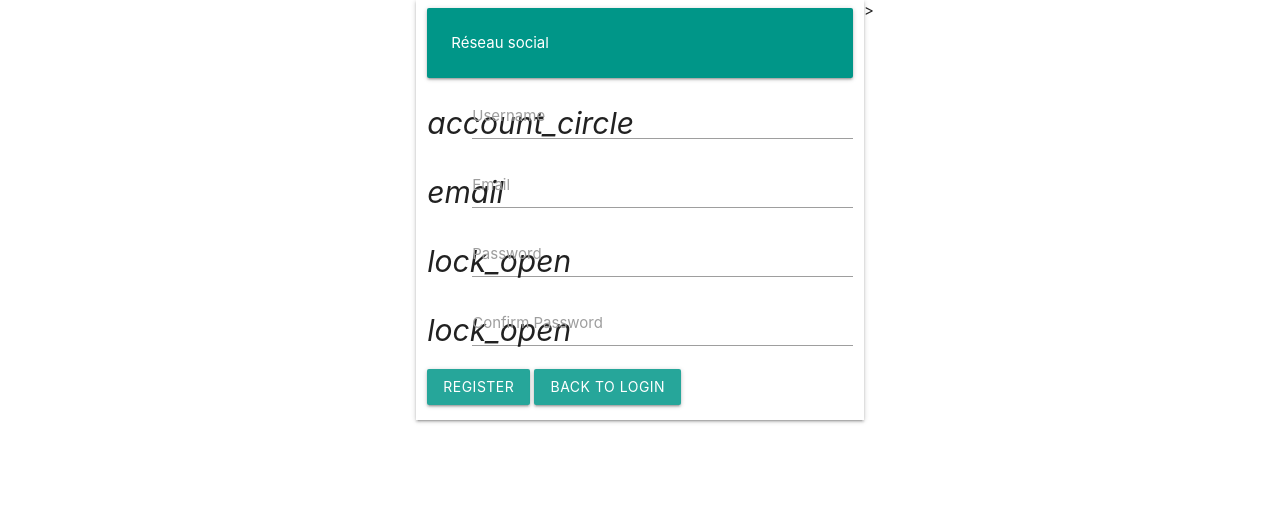
Repository: thdal/Atelier_JEE_16_02
Page: http://localhost/Atelier_JEE_16_02/WEB-INF/pages/connexion/FormRegister.jsp
These files come from the project's save history. The page is drawn as it stood at one moment and after the next save; the edit follows.
The browser window is 1280 px wide. The pictures show the whole page.
The page is served by Tomcat 9. Nobody is signed in. The template is opened directly, without the code that normally fills it, so the values that code supplies are empty.

Above is the page before, as saved 2021-02-22 07:22:38.

After the next save:
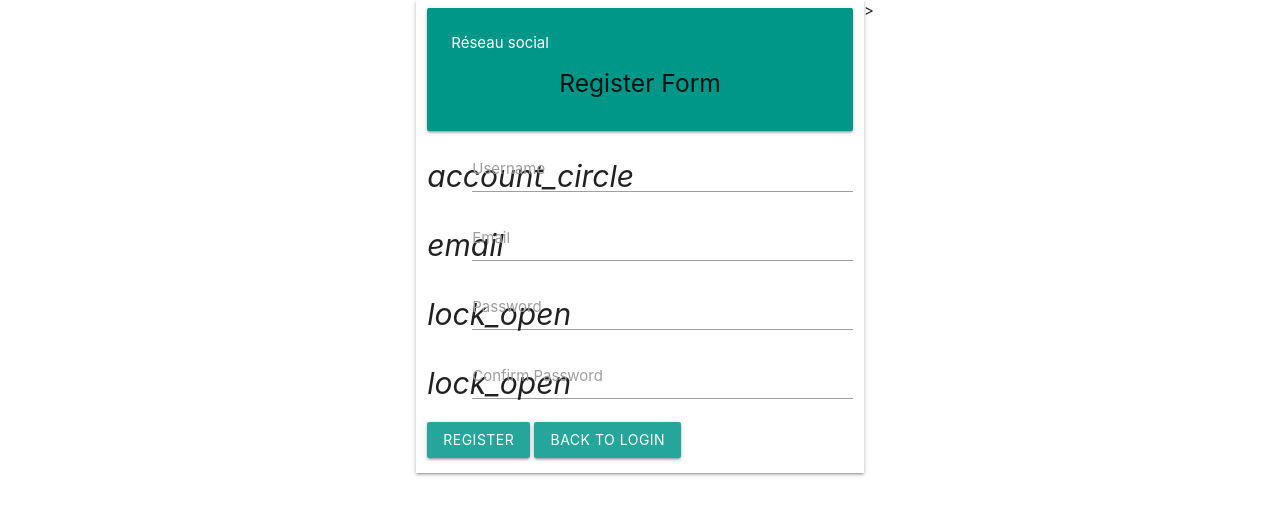
Saved 40 s later.
--- a/Atelier_JEE_16_02/src/main/webapp/WEB-INF/pages/connexion/FormRegister.jsp
+++ b/Atelier_JEE_16_02/src/main/webapp/WEB-INF/pages/connexion/FormRegister.jsp
@@ -17,6 +17,7 @@
             <!-- <h5 style="text-align: center;" id="title">Register Form</h5> -->
             <div class="card-panel teal">
 	          <span class="white-text">Réseau social</span>
+	          <h5 style="text-align: center;" id="title">Register Form</h5>
 	        </div>
             <form>
 
